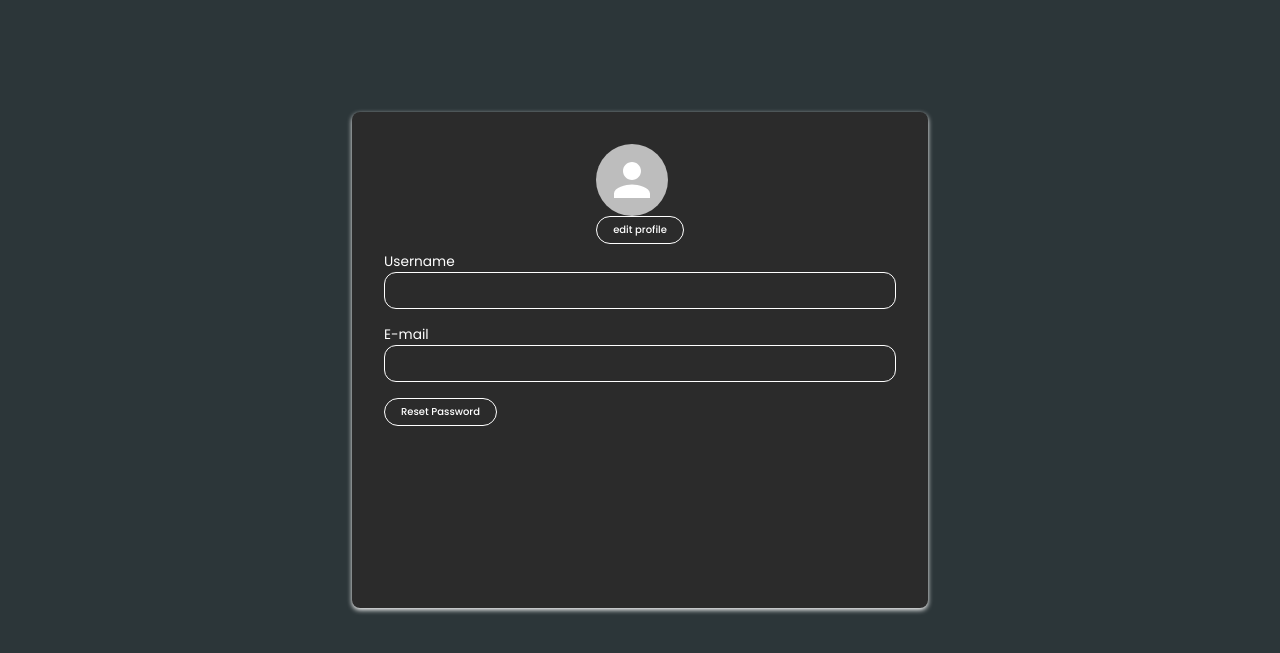
Repository: IzzaSuni/Izza-ToDo
Page: /publicNote/Private/profile
An editor plug-in stored every save of this project. The page is shown before and after the next save, followed by the edit.
The browser window is 1280 px wide. The pictures show the whole page.
Some web libraries are served in a nearby version. The project was rebuilt for these pictures with package versions that can differ from the ones it lists, and the page was loaded fresh each time. Also part of the build but not shown: src/App.css, src/services.js, src/components/List.js, src/components/Filter.js, src/components/ohayo.js, src/utils/Query.js, src/components/navbar.js, src/components/MainPage.js and 4 more.

Above is the page before, as saved 2022-08-23 23:19:18.

After the next save:
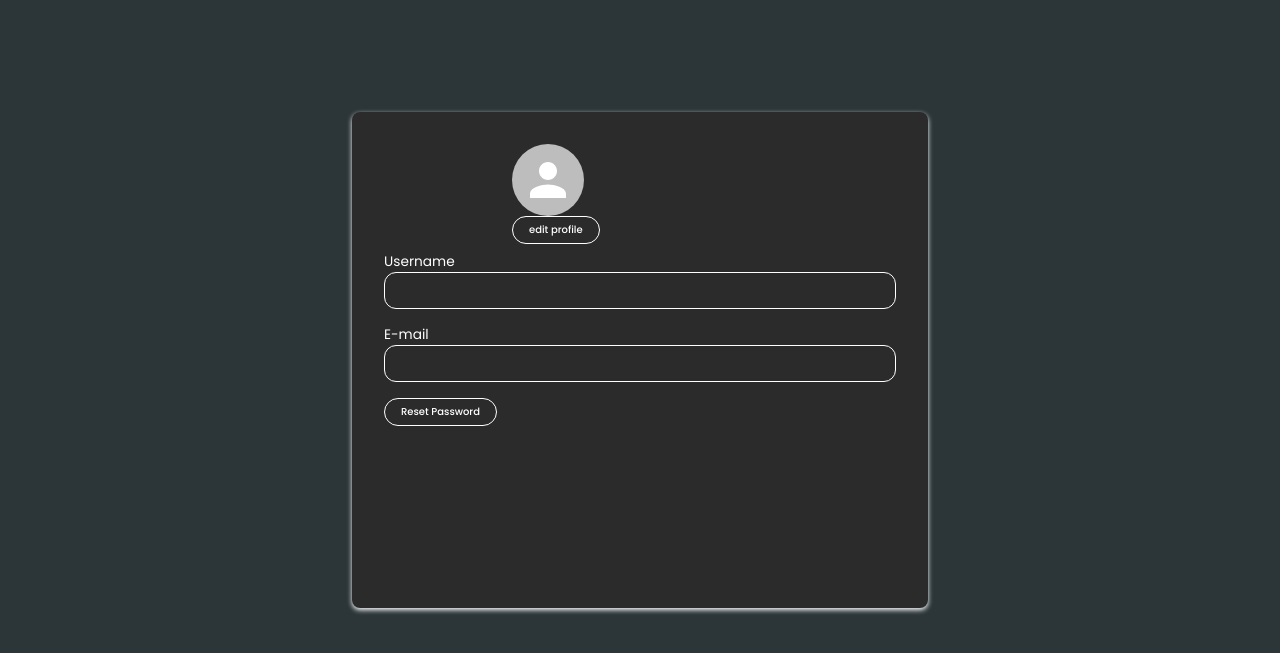
Saved 49 s later.
--- a/src/components/Profile.js
+++ b/src/components/Profile.js
@@ -45,12 +45,12 @@
       <Box className={classes.container}>
         <Box className={`${classes.card} shadow`}>
           <Box display="inline-flex" width='100%' justifyContent={'center'}>
-            <div display='inline-flex'>
-              <div onClick={() => document.getElementById("uploadImg").click()}>
+            <Box width='50%'>
+              <Box onClick={() => document.getElementById("uploadImg").click()}>
                 <Avatar id="halo" sx={{ width: '72px', height: '72px' }} src={image ? image : user.picture}></Avatar>
-              </div>
+              </Box>
               <Input type={'buttonCustom'} > edit profile</Input>
-            </div>
+            </Box>
 
 
 

After the save that followed:
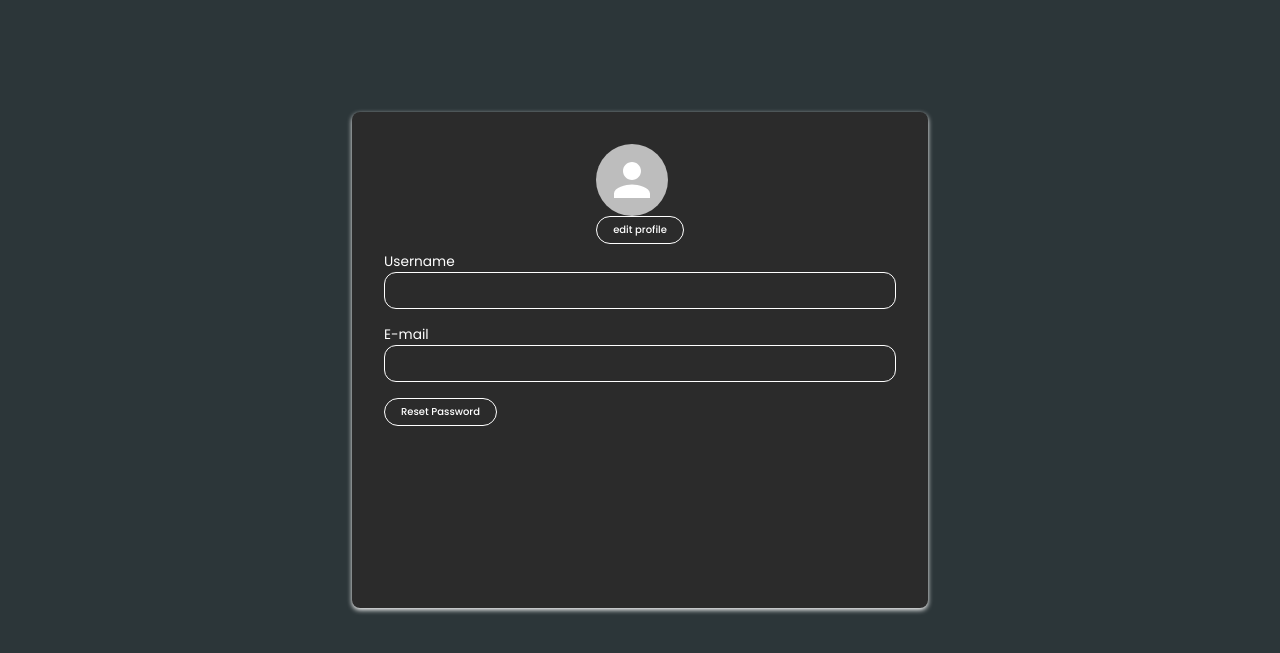
Saved 11 s later.
--- a/src/components/Profile.js
+++ b/src/components/Profile.js
@@ -45,7 +45,7 @@
       <Box className={classes.container}>
         <Box className={`${classes.card} shadow`}>
           <Box display="inline-flex" width='100%' justifyContent={'center'}>
-            <Box width='50%'>
+            <Box>
               <Box onClick={() => document.getElementById("uploadImg").click()}>
                 <Avatar id="halo" sx={{ width: '72px', height: '72px' }} src={image ? image : user.picture}></Avatar>
               </Box>
